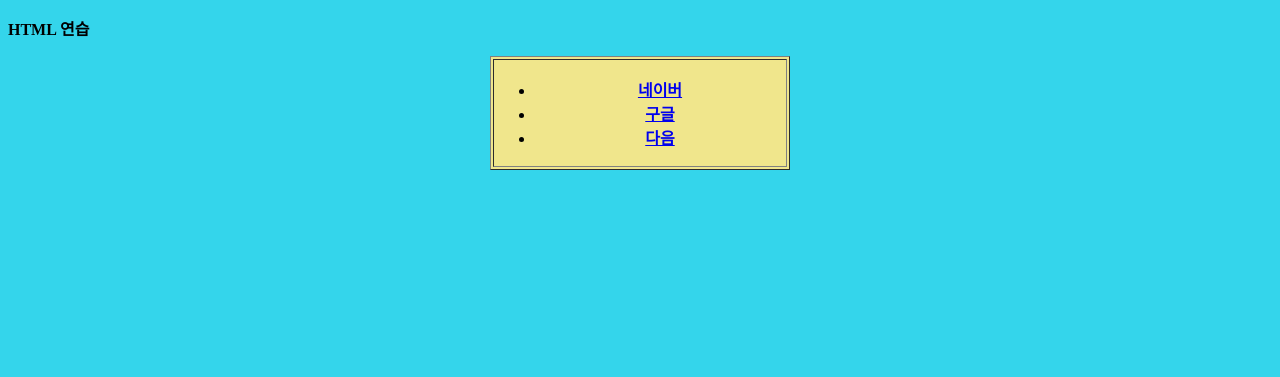
Repository: sika5382/jsp
Page: html/WebContent/NewFile2.html
The author's editor kept a copy of each file at every save. The page is drawn from the files as they stood at one save, then again after the next save.
The browser window is 1280 px wide. The pictures show the whole page.

Above is the page before, as saved 2020-10-29 08:12:57.

### html/WebContent/NewFile2.html
<!DOCTYPE html>
<html>
<head>
<meta charset="UTF-8">
<title>Insert title here</title>
</head>
<body style="background-color:#34d5eb;">
	<dl>
		<dt><b>HTML 연습</b>
		<dd>	</dd>
	</dl>
		<table border="1" align="center" width="300" bgcolor="khaki">

			<title>
				<font size="7" color = "blue" align="center"><b>회사소개</b></font>
				<hr color="red" width = "300">
				<font size="5"><b>-회사소개-</b></font>


			</title>
			<tr>
				<th>

				<ul>

				<li><a href = "https://www.naver.com/" title="네이버">네이버</li>
				<li><a href = "https://www.naver.com/" title="구글">구글</li>
				<li><a href = "https://www.naver.com/" title="다음">다음</li>

				</ul>
				</th>
			</tr>


	</table>








</body>
</html>

After the next save:
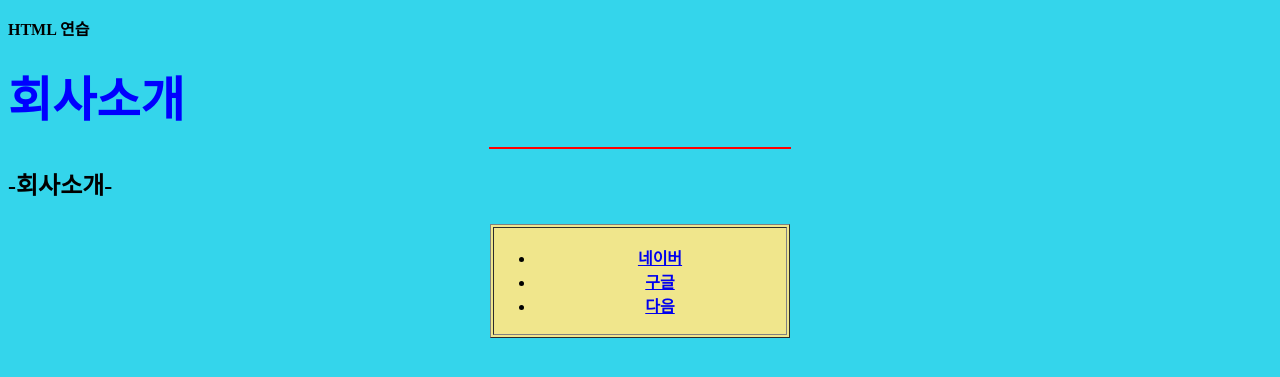
Saved 35 s later.
--- a/html/WebContent/NewFile2.html
+++ b/html/WebContent/NewFile2.html
@@ -11,13 +11,13 @@
 	</dl>
 		<table border="1" align="center" width="300" bgcolor="khaki">
 
-			<title>
+			<h1>
 				<font size="7" color = "blue" align="center"><b>회사소개</b></font>
 				<hr color="red" width = "300">
 				<font size="5"><b>-회사소개-</b></font>
 
 
-			</title>
+			</h1>
 			<tr>
 				<th>
 
